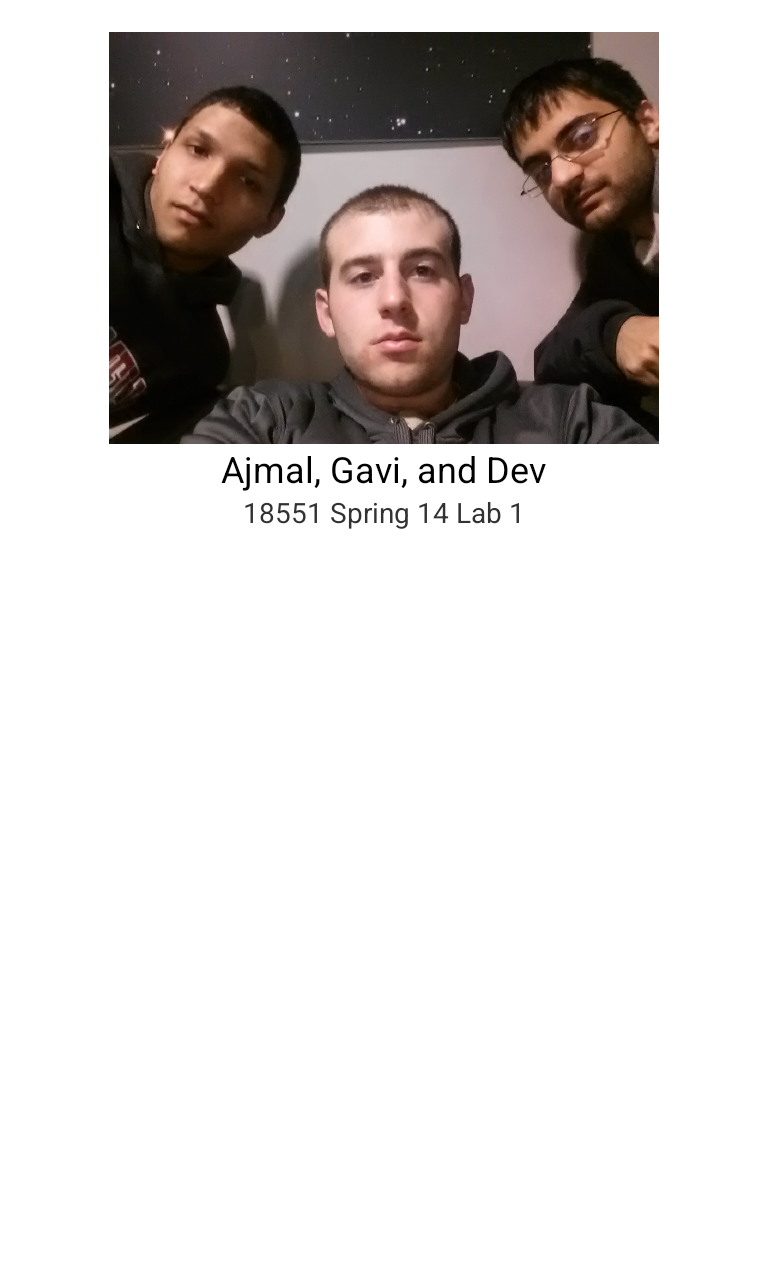
Repository: DevShah/18551
Layout: Lab1/Lab1/res/layout/activity_main.xml
An editor plug-in stored every save of this project. The layout is shown before and after the next save, followed by the edit.
It is drawn on a 768 x 1280 px phone screen (xhdpi) without system bars, with theme AppTheme; the app's code is not run.

Above is the layout before, as saved 2014-01-27 03:09:35.

### Lab1/Lab1/res/layout/activity_main.xml
<RelativeLayout xmlns:android="http://schemas.android.com/apk/res/android"
    xmlns:tools="http://schemas.android.com/tools"
    android:layout_width="match_parent"
    android:layout_height="match_parent"
    android:paddingBottom="@dimen/activity_vertical_margin"
    android:paddingLeft="@dimen/activity_horizontal_margin"
    android:paddingRight="@dimen/activity_horizontal_margin"
    android:paddingTop="@dimen/activity_vertical_margin"
    tools:context=".MainActivity" >

    <LinearLayout
        android:id="@+id/linearLayout1"
        android:layout_width="match_parent"
        android:layout_height="wrap_content"
        android:orientation="vertical"
        tools:ignore="UselessParent" >

        <ImageView
            android:id="@+id/imageView1"
            android:layout_width="match_parent"
            android:layout_height="206dp"
            android:src="@drawable/group_pic_2"
            tools:ignore="ContentDescription" />

        <TextView
            android:id="@+id/textView1"
            android:layout_width="wrap_content"
            android:layout_height="wrap_content"
            android:layout_gravity="center_horizontal"
            android:text="@string/ajmal_gavi_and_dev"
            android:textAppearance="?android:attr/textAppearanceMedium" />

        <TextView
            android:id="@+id/textView2"
            android:layout_width="wrap_content"
            android:layout_height="wrap_content"
            android:layout_gravity="center"
            android:text="@string/_18551_spring_14_lab_1"
            android:textAppearance="?android:attr/textAppearanceSmall" />

    </LinearLayout>

</RelativeLayout>

### Lab1/Lab1/res/values/strings.xml
<?xml version="1.0" encoding="utf-8"?>
<resources>

    <string name="app_name">Lab1</string>
    <string name="action_settings">Settings</string>
    <string name="hello_world">Hello world!</string>
    <string name="ajmal_gavi_and_dev">Ajmal, Gavi, and Dev</string>
    <string name="_18551_spring_14_lab_1">18551 Spring 14 Lab 1</string>

</resources>

Loaded but not shown: Lab1/Lab1/res/values/styles.xml (common file); Lab1/Lab1/res/values-v11/styles.xml (common file); Lab1/Lab1/res/values-v14/styles.xml (common file); Lab1/Lab1/res/values/dimens.xml (common file)

After the next save:
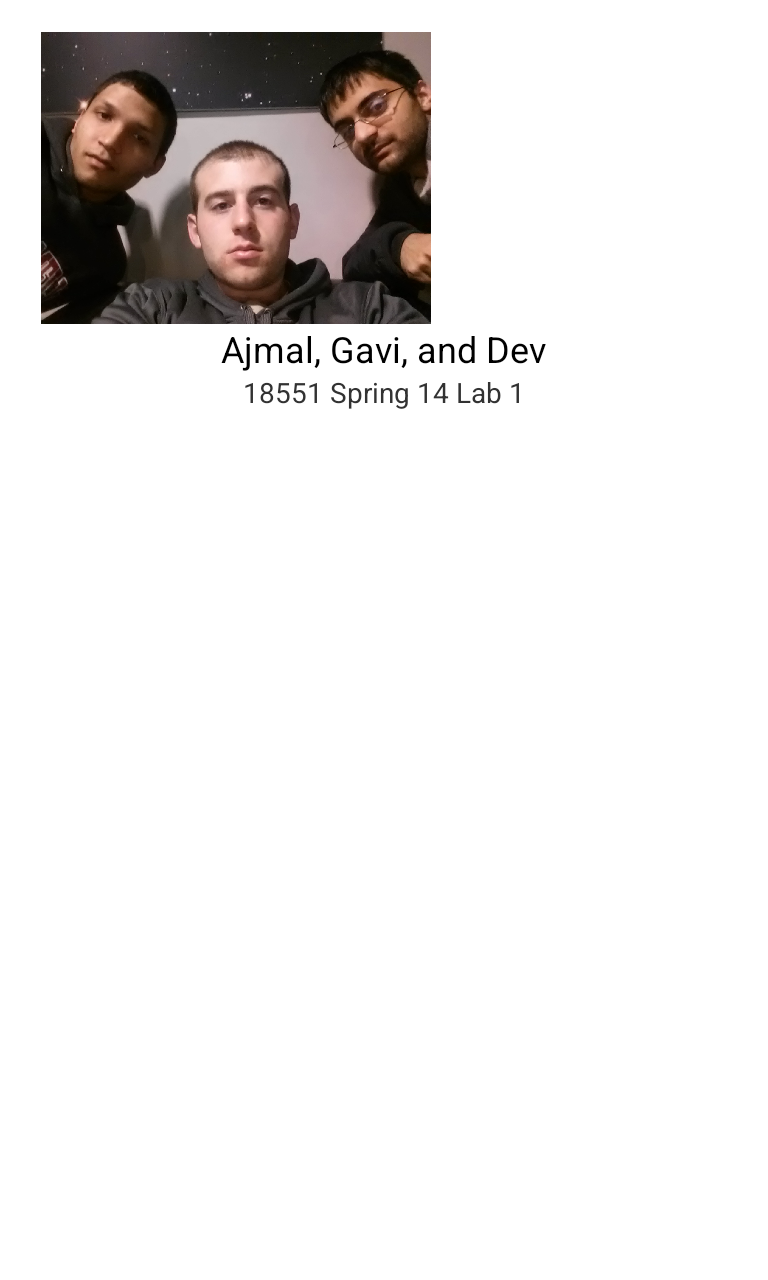
Saved 60 s later.
--- a/Lab1/Lab1/res/layout/activity_main.xml
+++ b/Lab1/Lab1/res/layout/activity_main.xml
@@ -17,8 +17,8 @@
 
         <ImageView
             android:id="@+id/imageView1"
-            android:layout_width="match_parent"
-            android:layout_height="206dp"
+            android:layout_width="204dp"
+            android:layout_height="146dp"
             android:src="@drawable/group_pic_2"
             tools:ignore="ContentDescription" />
 
